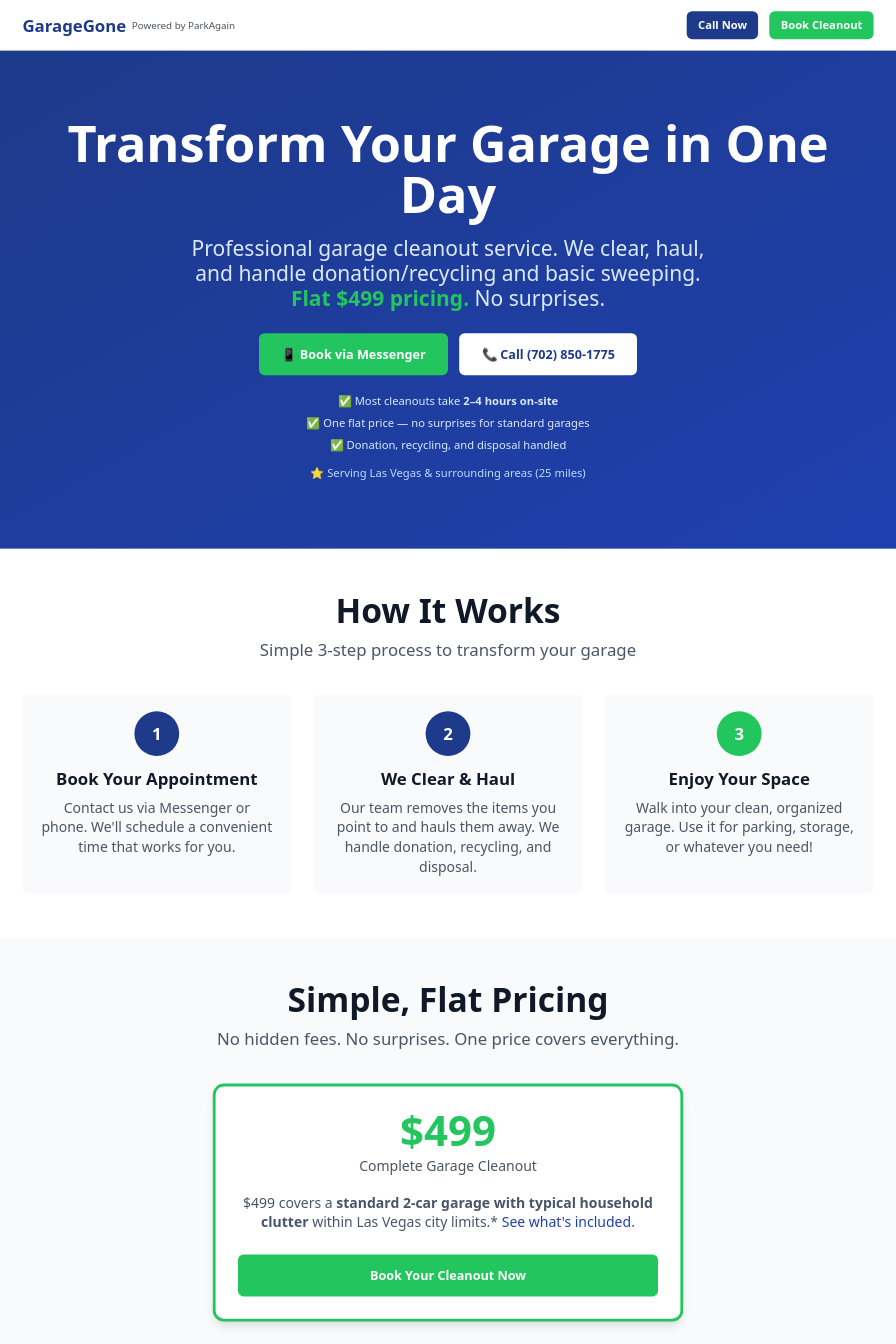
Repository: nikwhite1169/garagegone
Page: index.html
The author's editor kept a copy of each file at every save. The page is drawn from the files as they stood at one save, then again after the next save.
The browser window is 1280 px wide. The pictures show the part of the page from y = 0 to 1920 px (the page is 5637 px tall before and 5785 px after), at 70% of full size.
Some web libraries are served in a nearby version.

Above is the page before, as saved 2025-09-16 00:47:14.

After the next save:
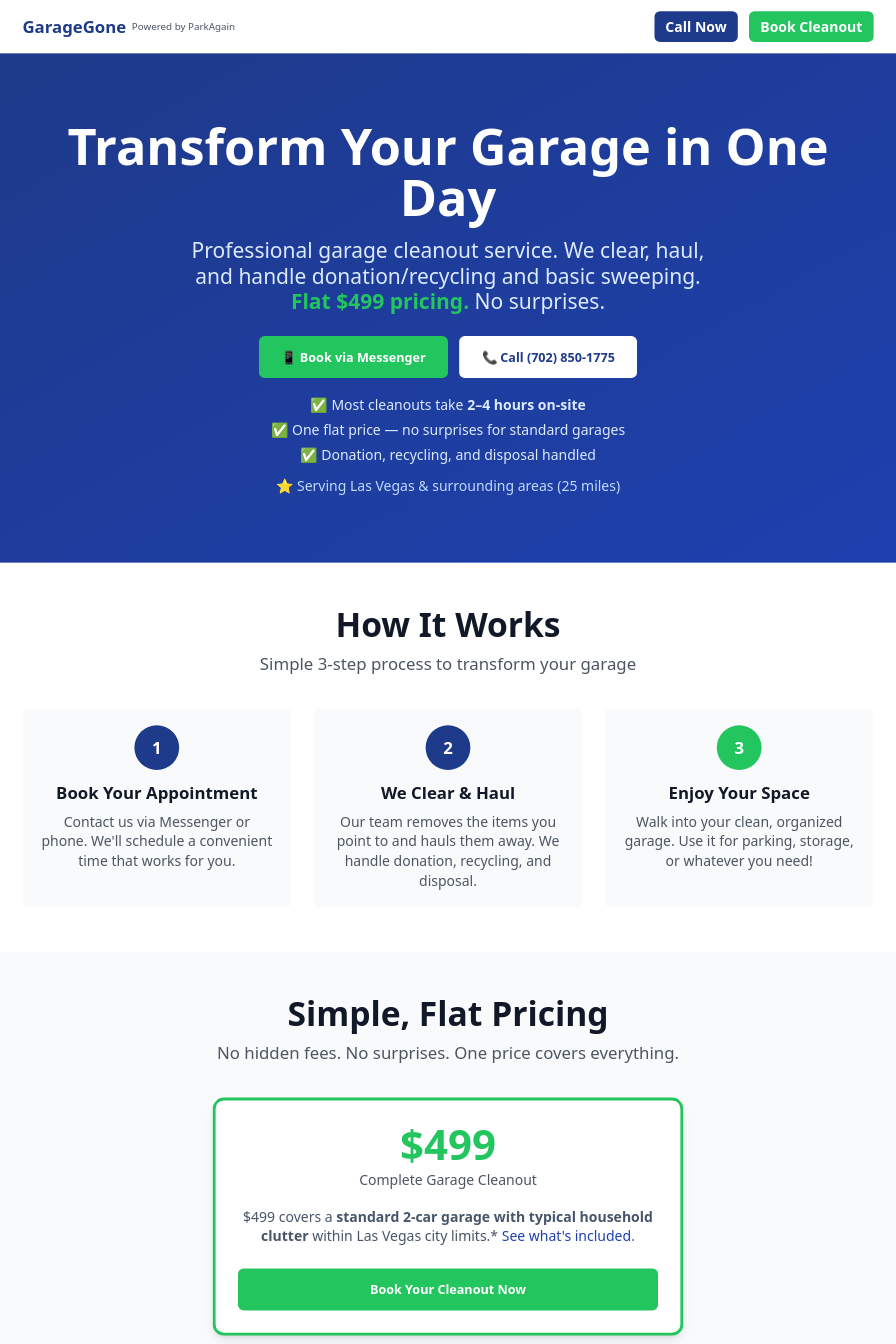
Saved 10 s later.
--- a/index.html
+++ b/index.html
@@ -128,7 +128,7 @@
         }
     </style>
 </head>
-<body class="bg-gray-50 text-gray-900">
+<body class="bg-gray-50 text-gray-900 text-lg md:text-xl">
     <!-- Header -->
     <header class="bg-white shadow-sm sticky top-0 z-40">
         <div class="max-w-7xl mx-auto px-4 sm:px-6 lg:px-8">
